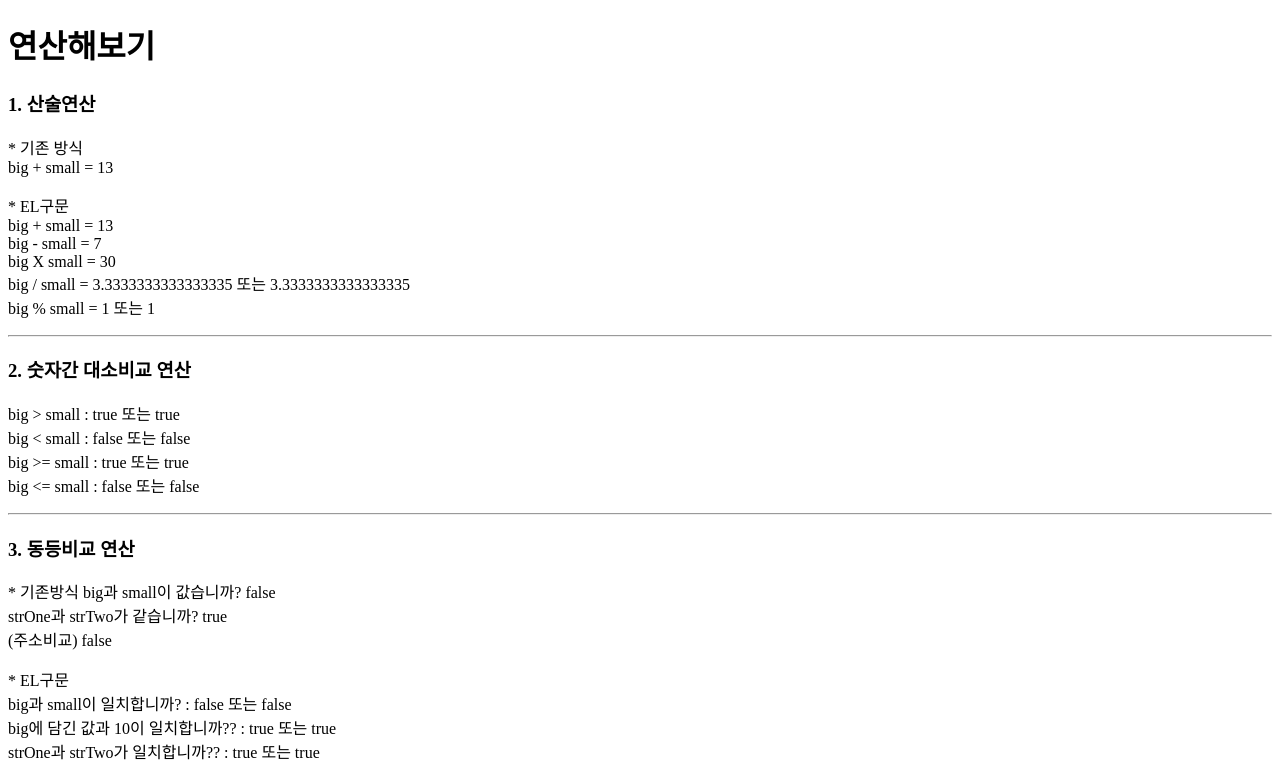
Repository: judeyong/myWebWorkSpace2
Page: http://localhost/Action_Project/operation.do
An editor plug-in stored every save of this project. The page is shown before and after the next save, followed by the edit.
The browser window is 1280 px wide. The pictures show the whole page.
The page is served by Tomcat 9. Other server files are loaded and not shown.

Above is the page before, as saved 2024-04-03 02:32:45.

### Action_Project/WebContent/views/02_elOperation.jsp
<%@ page language="java" contentType="text/html; charset=UTF-8"
    pageEncoding="UTF-8"%>
<!DOCTYPE html>
<html>
<head>
<meta charset="UTF-8">
<title>Insert title here</title>
</head>
<body>

	<h1>연산해보기</h1>
	<h3>1. 산술연산</h3>

	<p>
		* 기존 방식 <br>
		big + small = <%= (int)request.getAttribute("big") + (int)request.getAttribute("small") %>
	</p>

	<p>
		* EL구문<br>
		big + small = ${ big + small } <br>
		big - small = ${ big - small } <br>
		big X small = ${ big * small } <br>
		big / small = ${ big / small } 또는 ${ big div small }<br>
		big % small = ${ big % small } 또는 ${ big mod small }<br>
	</p>

	<hr>

	<h3>2. 숫자간 대소비교 연산</h3>

	<p>
		big &gt; small : ${ big > small } 또는 ${ big gt small } <br>
		big &lt; small : ${ big < small } 또는 ${ gib lt small } <br>
		big &gt;= small : ${ big >= small } 또는 ${ big ge small } <br>
		big &lt;= small : ${ big <= small } 또는 ${ big le small } <br>
	</p>

	<hr>

	<h3>3. 동등비교 연산</h3>

	<p>
		* 기존방식
		big과 small이 값습니까?
		<%= (int)request.getAttribute("big") == (int)request.getAttribute("small") %> <br>
		strOne과 strTwo가 같습니까?
		<%= ((String)request.getAttribute("strOne")).equals((String)request.getAttribute("strTwo")) %> <br>
		(주소비교)
		<%= (String)request.getAttribute("strOne") == (String)request.getAttribute("strTwo") %> <br>
	</p>

	<p>
		* EL구문 <br>
		big과 small이 일치합니까? : ${ big == small } 또는 ${ big eq small }<br>
		big에 담긴 값과 10이 일치합니까??  : ${ big == 10 } 또는 ${ big eq 10 }<br>
		strOne과 strTwo가 일치합니까?? : ${ strOne == strTwo } 또는 ${ strOne eq strTwo } <br>
		<!-- EL에서의 문자열의 == 비교는 자바에서의 equals() 와 같은 동작을 함 -->

	</p>




























</body>
</html>

### Action_Project/src/com/kh/controller/OperationServlet.java
package com.kh.controller;

import java.io.IOException;
import java.util.ArrayList;

import javax.servlet.ServletException;
import javax.servlet.annotation.WebServlet;
import javax.servlet.http.HttpServlet;
import javax.servlet.http.HttpServletRequest;
import javax.servlet.http.HttpServletResponse;

import com.kh.model.vo.Person;

/**
 * Servlet implementation class OperationServlet
 */
@WebServlet("/operation.do")
public class OperationServlet extends HttpServlet {
	private static final long serialVersionUID = 1L;

    /**
     * @see HttpServlet#HttpServlet()
     */
    public OperationServlet() {
        super();
        // TODO Auto-generated constructor stub
    }

	/**
	 * @see HttpServlet#doGet(HttpServletRequest request, HttpServletResponse response)
	 */
	protected void doGet(HttpServletRequest request, HttpServletResponse response) throws ServletException, IOException {

		// 테스트 할 수 있는 값 넘기기
		request.setAttribute("big", 10);
		request.setAttribute("small", 3);

		request.setAttribute("strOne", "안녕");
		request.setAttribute("strTwo", new String("안녕"));

		request.setAttribute("personOne", new Person("홍길동", 15, "한양"));
		request.setAttribute("personTwo", null);

		ArrayList<String> list1 = new ArrayList();
		request.setAttribute("listOne", list1);

		ArrayList<String> list2 = new ArrayList();
		list2.add("ㅎㅇ");
		request.setAttribute("listTwo", list2);

		// 일단 여기까지 requestScope에 총 8개의 값을 담았음
		request.getRequestDispatcher("views/02_elOperation.jsp").forward(request, response);

	}

	/**
	 * @see HttpServlet#doPost(HttpServletRequest request, HttpServletResponse response)
	 */
	protected void doPost(HttpServletRequest request, HttpServletResponse response) throws ServletException, IOException {
		// TODO Auto-generated method stub
		doGet(request, response);
	}

}

### Action_Project/src/com/kh/model/vo/Person.java
package com.kh.model.vo;

public class Person {

	private String name;
	private int age;
	private String address;

	public Person() {
		super();
	}

	public Person(String name, int age, String address) {
		super();
		this.name = name;
		this.age = age;
		this.address = address;
	}

	public String getName() {
		return name;
	}

	public void setName(String name) {
		this.name = name;
	}

	public int getAge() {
		return age;
	}

	public void setAge(int age) {
		this.age = age;
	}

	public String getAddress() {
		return address;
	}

	public void setAddress(String address) {
		this.address = address;
	}

	@Override
	public String toString() {
		return "Person [name=" + name + ", age=" + age + ", address=" + address + "]";
	}

}

After the next save:
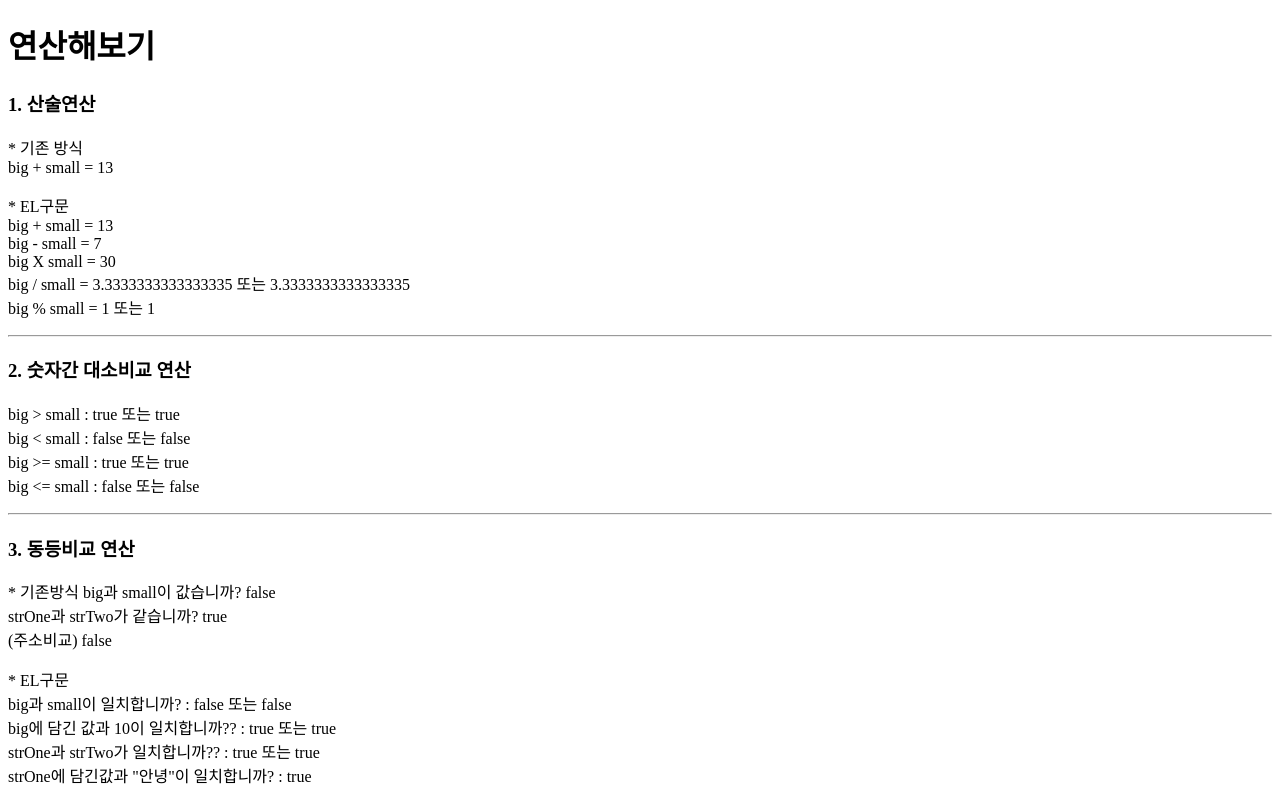
Saved 74 s later.
--- a/Action_Project/WebContent/views/02_elOperation.jsp
+++ b/Action_Project/WebContent/views/02_elOperation.jsp
@@ -56,6 +56,8 @@
 		big에 담긴 값과 10이 일치합니까??  : ${ big == 10 } 또는 ${ big eq 10 }<br>
 		strOne과 strTwo가 일치합니까?? : ${ strOne == strTwo } 또는 ${ strOne eq strTwo } <br>
 		<!-- EL에서의 문자열의 == 비교는 자바에서의 equals() 와 같은 동작을 함 -->
+		strOne에 담긴값과 "안녕"이 일치합니까? : ${ strOne == "안녕" }
+
 
 	</p>
 
